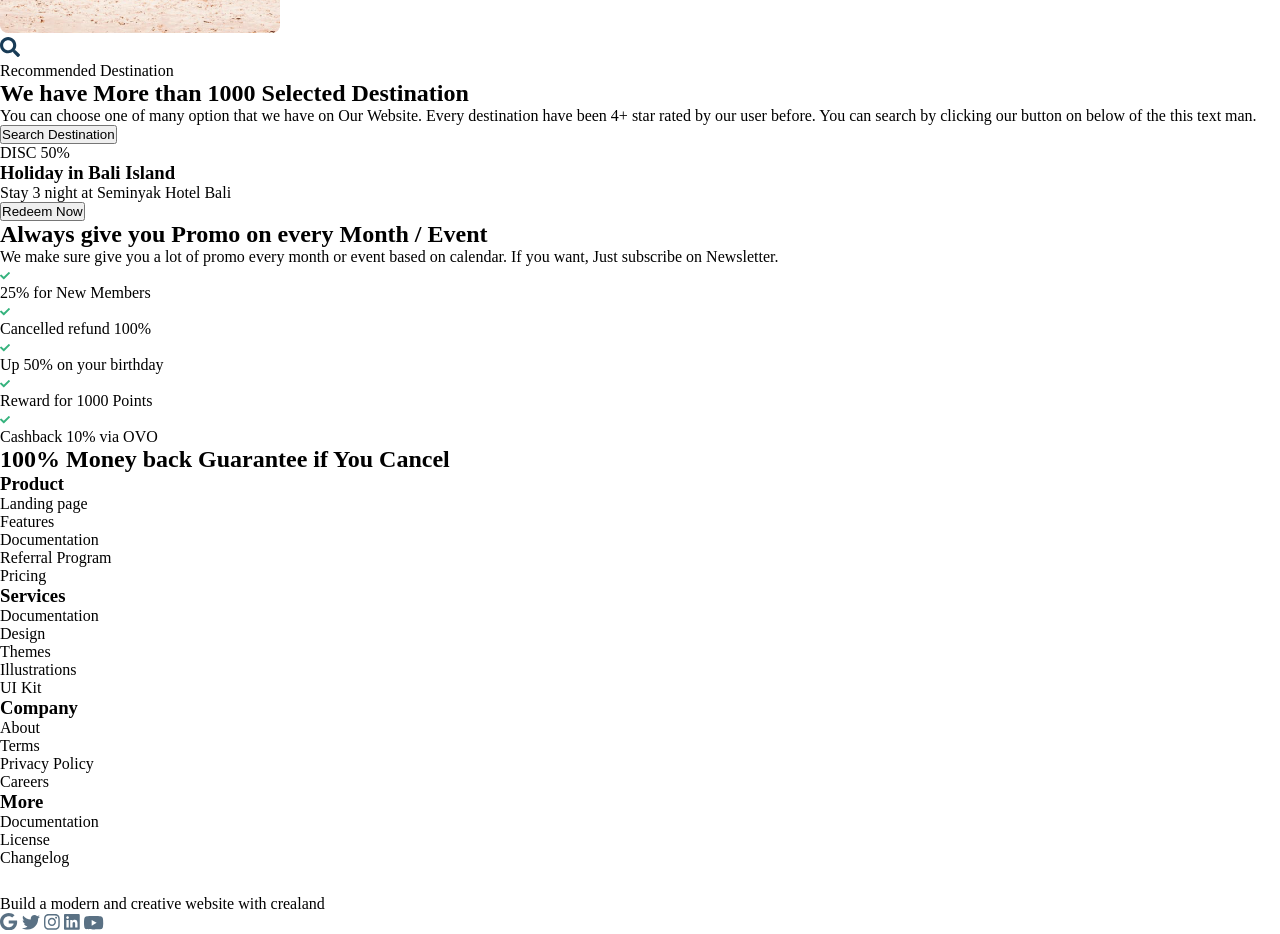
Repository: daviHmoraes/frontcomtailwind
Page: index.html
The author's editor kept a copy of each file at every save. The page is drawn from the files as they stood at one save, then again after the next save.
The browser window is 1280 px wide. The pictures show the part of the page from y = 4200 to 5152 px (the page is 5134 px tall before and 5152 px after).
A picture or video elsewhere on the page could not be fetched, so the positions and the page height are approximate.

Above is the page before, as saved 2026-08-31 18:29:46.

After the next save:
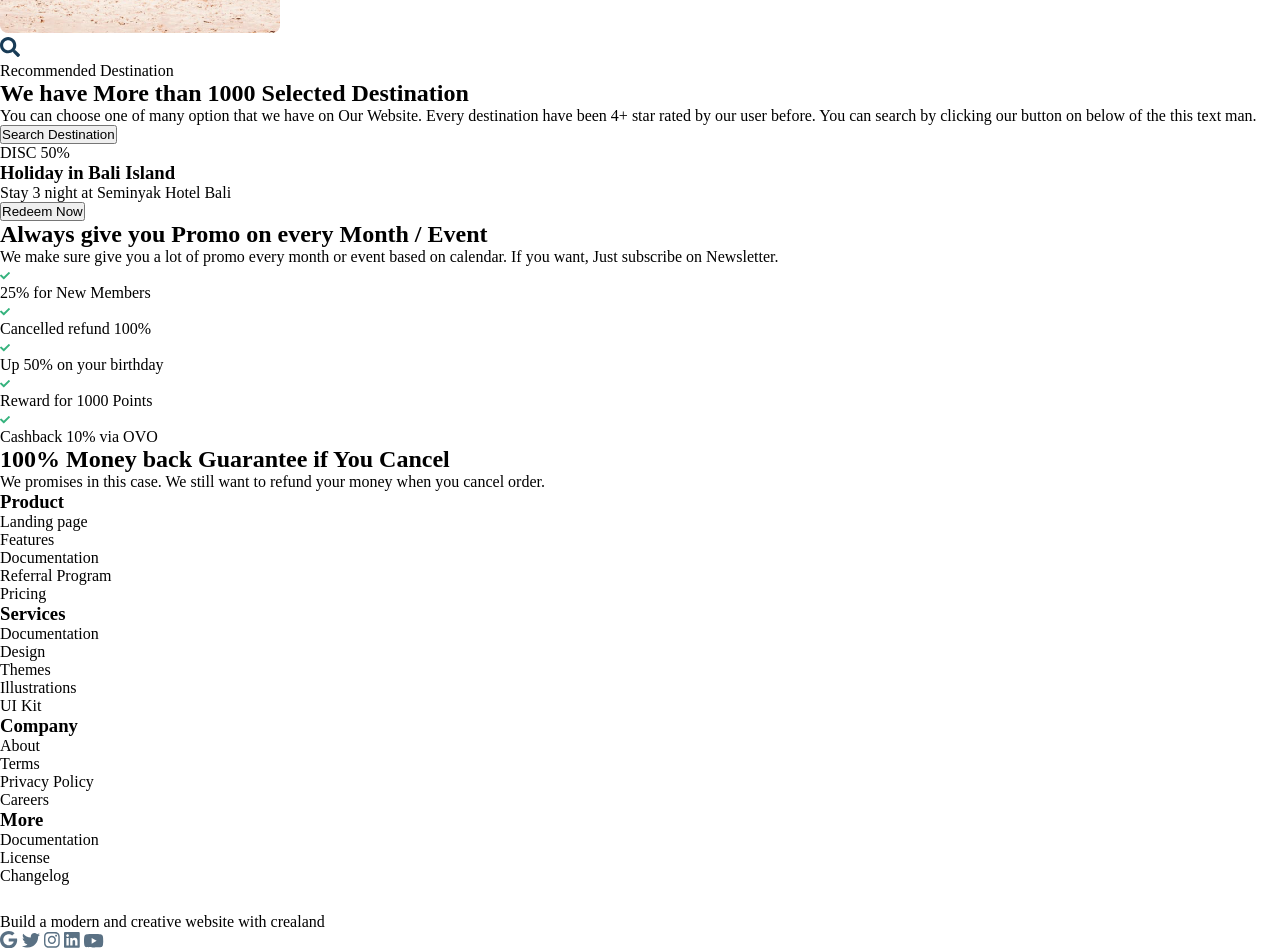
Saved 9 s later.
--- a/index.html
+++ b/index.html
@@ -355,6 +355,10 @@
                 Cancel
             </h2>
 
+            <p>
+                We promises in this case. We still want to refund your money when you cancel order.
+            </p>
+
         </section>
 
     </main>
